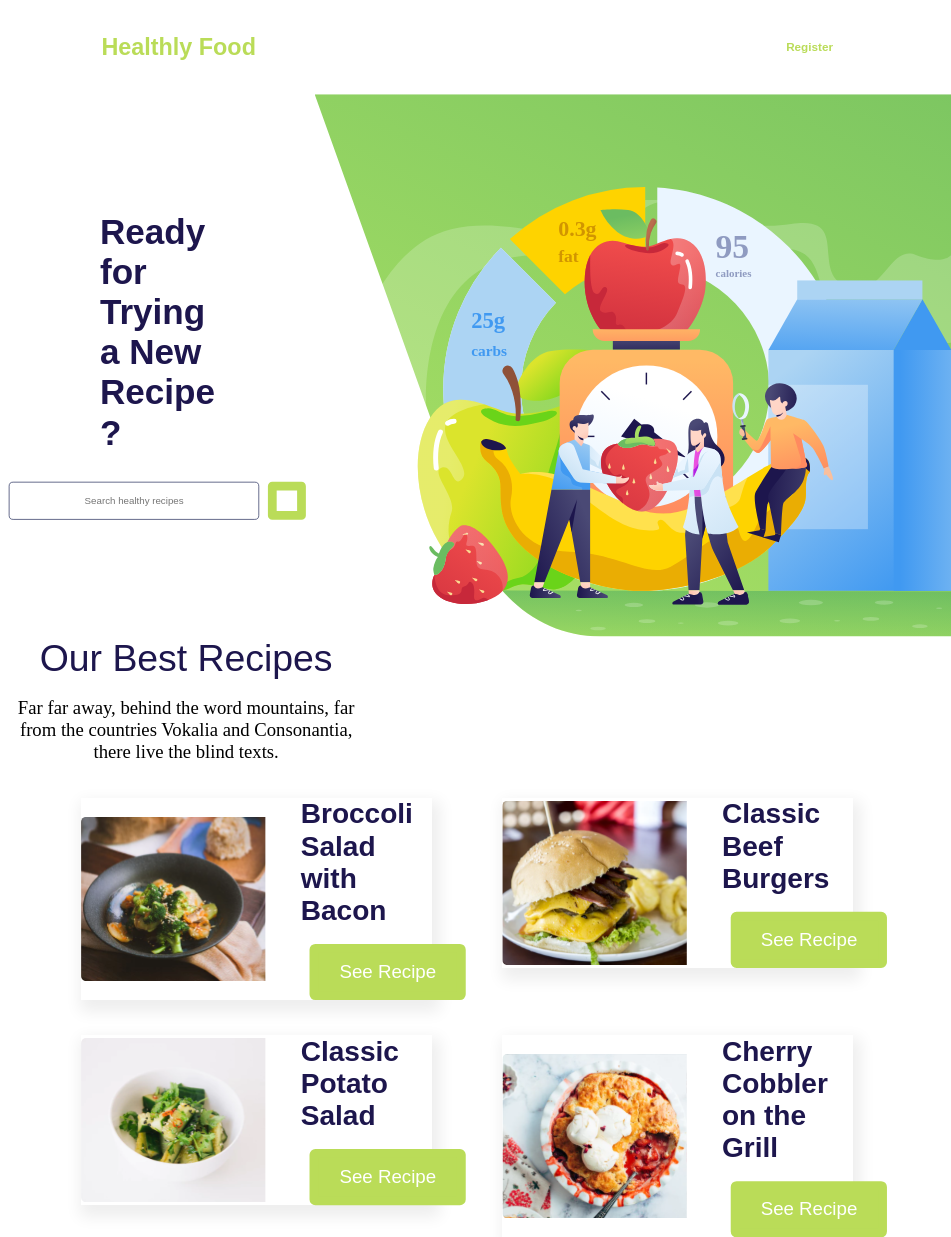
Repository: LuccaCasalecchi/HealthyFood
Page: /
The author's editor kept a copy of each file at every save. The page is drawn from the files as they stood at one save, then again after the next save.
The browser window is 1280 px wide. The page is 1303 px wide, so the pictures cover 1303 px, including what lies to the right of the window. The pictures show the whole page, at 73% of full size.
The project was rebuilt for these pictures with package versions that can differ from the ones it lists, and the page was loaded fresh each time.

Above is the page before, as saved 2021-08-18 16:42:32.

### src/App.js
import React from 'react'
import LandingPage from './pages/LandingPage/LandingPage';

function App() {
  return (
    <div className="App">
      <LandingPage/>
    </div>
  );
}

export default App;

### src/pages/LandingPage/LandingPage.jsx
import React from "react";
import "./LandingPage.css";
import Recipes from "../../components/Recipes/Recipes";
import Main from "../../components/Main/Main";

export default function LandingPage() {
  return (
    <>
      <Main/>
      <Recipes/>
    </>
  );
}

### src/pages/LandingPage/LandingPage.css
* {
  margin: 0;
  padding: 0;
  box-sizing: border-box;
  font-family: sans-serif;
}

### src/components/Recipes/Recipes.jsx
import React from "react";
import Card from '../Card/Card'

import './Recipes.css'
import FoodOne from '../../images/comida_1.svg';
import FoodTwo from '../../images/comida_2.svg';
import FoodThree from '../../images/comida_3.svg';
import FoodFour from '../../images/comida_4.svg';

export default function Recipes() {
  return (
    <section className='recipes' id='recipes'>
      <div className='recipes__introduction'>
        <p className='introduction__title'>Our Best Recipes</p>
        <p className='introduction__description'>
          Far far away, behind the word mountains,
          far from the countries Vokalia and Consonantia,
          there live the blind texts.
        </p>
      </div>
      <div className='recipes__best'>
        <Card image={FoodOne} title='Broccoli Salad with Bacon'/>
        <Card image={FoodTwo} title='Classic Beef Burgers'/>
        <Card image={FoodThree} title='Classic Potato Salad'/>
        <Card image={FoodFour} title='Cherry Cobbler on the Grill'/>
      </div>
    </section>
  );
}

### src/components/Main/Main.jsx
import React from 'react'
import Input from '../Input/Input'
import Illustration from '../../images/Illustration.svg'
import Header from '../Header/Header'
import './Main.css'

export default function Main() {
  return (
    <div>
      <Header/>
      <div className="search-recipes">
        <div className="subtitle">
          <h2>Ready for<br />Trying a New<br />Recipe ?</h2>
          <div className="input-container">
          <Input/>
          </div>
        </div>
        <img src={Illustration} alt="" />
      </div>
    </div>
  )
}

### src/components/Card/Card.jsx
import React from 'react'
import './Card.css'

export default function Card({image, title}) {
  return (
    <div>
      <article className='recipe'>
      <img className='recipe__image' src={image} alt={title}/>
      <div className="recipe__informations">
        <p className='recipe__title'>{title}</p>
        <button className='recipe__button' to='/'>See Recipe</button>
      </div>
    </article>
    </div>
  )
}

### src/components/Recipes/Recipes.css
.recipes-container{
  background-color: rgb(205, 255, 248);
  width: 100%;
  display: flex;
  flex-direction: column;
  align-items: center;
  margin-bottom: 6rem;
}

.recipes__introduction {
  max-width: 510px;
}

.introduction__title {
  margin-bottom: 1.5rem;

  color: #1D164D;
  font-family: sans-serif;
  font-size: 3.2rem;
  text-align: center;
}

.introduction__description {
  color: var(--color-text);
  font-family: 'Muli';
  font-size: 1.6rem;
  text-align: center;
}

.recipes__best {
  display: flex;
  flex-wrap: wrap;
  justify-content: center;
}

### src/components/Input/Input.jsx
import React from 'react'
import './Input.css'

export default function Input() {
  return (
    <div className="input-container">
      <input
      type="text"
      placeholder="Search healthy recipes"/>

      <button></button>
    </div>
  )
}

### src/components/Header/Header.jsx
import React from 'react'
import './Header.css'

export default function Header() {
  return (
    <div className="header-container">
        <a href="#" className="logo">Healthly Food</a>
        <a href="#" className="register">Register</a>
    </div>
  )
}

### src/components/Main/Main.css
.search-recipes {
  display: flex;
  justify-content: space-between;
  align-items: center;
}

.subtitle {
  display: flex;
  justify-content: center;
  align-items: center;
  flex-direction: column;
}

.subtitle h2 {
  font-size: 48px;
  color: #1d164d;
  text-align: left;
  padding: 0px 137px 40px;
}

### src/components/Card/Card.css
.recipe {
  display: flex;
  align-items: center;
  margin: 3rem 3rem 0 3rem;
  box-shadow: 5px 10px 20px 6px rgba(0,0,0,0.07);
}

.recipe__image {
  max-width: 253px;
  max-height: 225px;
}

.recipe__informations {
  max-width: 180px;
  display: flex;
  flex-direction: column;
  margin-left: 3rem;
}

.recipe__title {
  margin-bottom: 1.5rem;
  color: #1D164D;
  font-family: sans-serif;
  font-size: 2.4rem;
  font-weight: 700;
}

.recipe__button {
  width: 13.4rem;
  height: 4.8rem;
  display: flex;
  justify-content: center;
  align-items: center;
   background: #BADC58;
  color: white;
  border-radius: .5rem;
  font-family: sans-serif;
  font-size: 1.6rem;
  text-decoration: none;
}

### src/components/Input/Input.css
.input-container{
  display: flex;
  justify-content: center;
  align-items: center;
  padding: 0px;
}

input{
  width: 343px;
  height: 52px;
  border-radius: 6px;
  border: 1px solid #2D3561;
  text-align: center;
}

button{
  width: 52px;
  height: 52px;
  background-color: white;
  border: 12px solid #BADC58;
  border-radius: 6px;
  padding: 0px 12px;
  margin-left: 12px;
}

### src/components/Header/Header.css
.header-container{
  display: flex;
  justify-content: space-between;
  align-items: center;
  padding: 46px 0;
}

.header-container a {
  text-decoration: none;
  color: #BADC58;
  font-weight: 700;
  padding: 0 139px;
}

.header-container .logo{
  font-size: 32px;

}

.header-container .register{
  font-size: 16px;

}

Loaded but not shown: public/index.html (common file); src/index.js (common file)

After the next save:
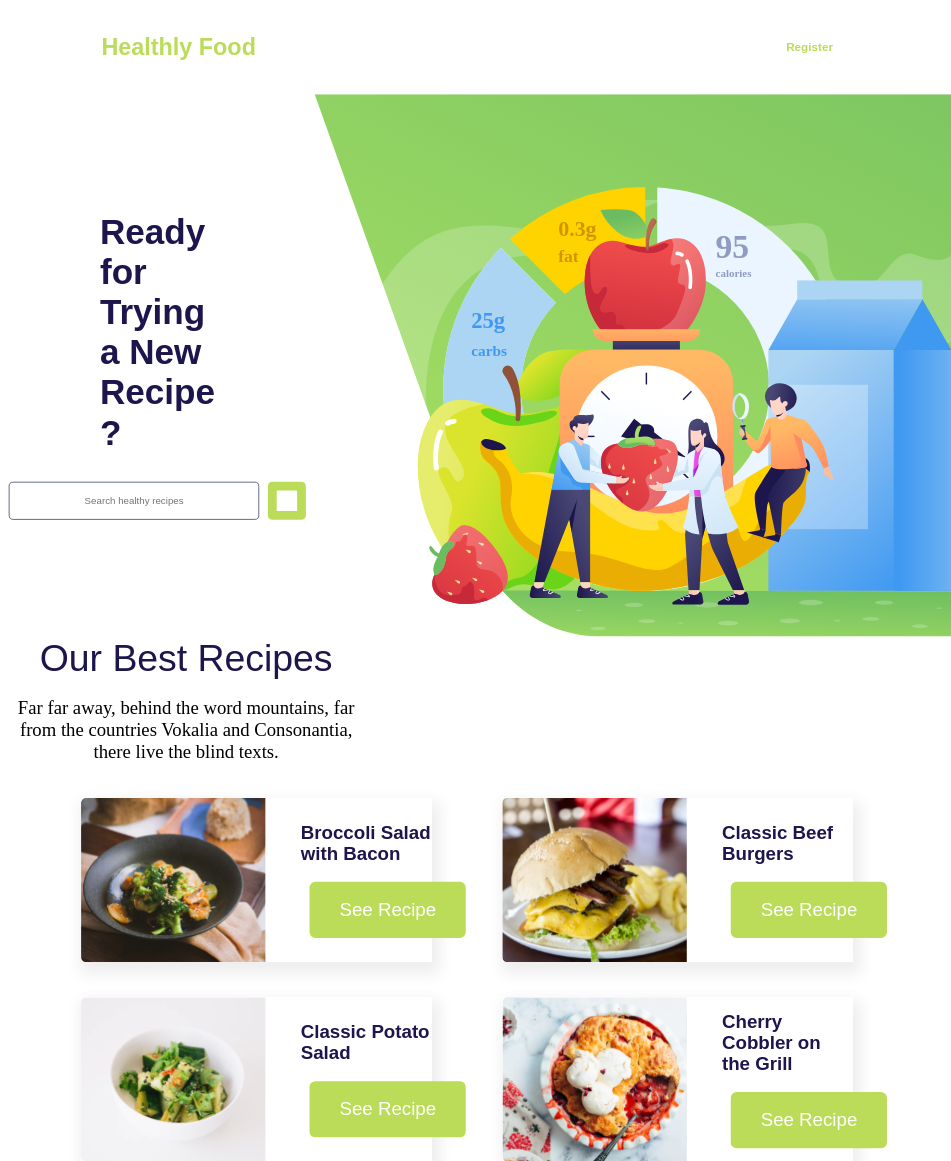
Saved 4 min 46 s later.
--- a/src/components/Card/Card.css
+++ b/src/components/Card/Card.css
@@ -21,7 +21,7 @@
   margin-bottom: 1.5rem;
   color: #1D164D;
   font-family: sans-serif;
-  font-size: 2.4rem;
+  font-size: 1.6rem;
   font-weight: 700;
 }
 
